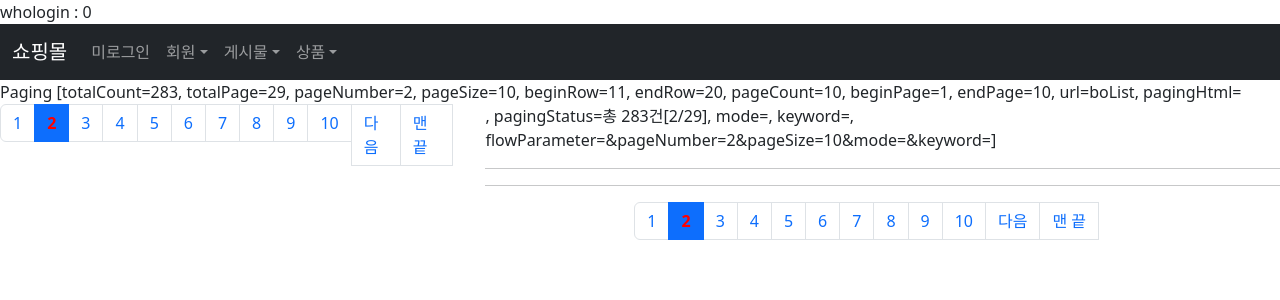
Repository: Sain-Clair/Team5
Page: http://localhost/Student/example/pageTest.jsp
An editor plug-in stored every save of this project. The page is shown before and after the next save, followed by the edit.
The browser window is 1280 px wide. The pictures show the whole page.
The page is served by Tomcat 9. Other server files are loaded and not shown.

Above is the page before, as saved 2023-09-06 03:26:40.

### Student/src/main/webapp/example/pageTest.jsp
<%@page import="com.shopping.utility.Paging"%>
<%@ page language="java" contentType="text/html; charset=UTF-8"
    pageEncoding="UTF-8"%>
<%@ include file="./../common/common.jsp"%>
<%@ include file="./../common/bootstrap5.jsp"%>
<%
	String _pageNumber = "2" ;
	String _pageSize = "10" ;
	int totalCount = 283 ;
	String url = "boList" ;
	String mode = "" ;
	String keyword = "" ;
	boolean isGrid = false ;

	Paging pageInfo = new Paging(_pageNumber, _pageSize, totalCount, url, mode, keyword, isGrid);

%>
<!DOCTYPE html>
<html>
<head>
<meta charset="UTF-8">
<title>Insert title here</title>
</head>
<body>
	<%=pageInfo.toString()%>
	<hr/>
	<hr/>
	<%=pageInfo.getPagingHtml()%>

</body>
</html>

<!--
totalCount=280, pageNumber=25, pageSize=10
pageCount=10

구해야 할 것
totalPage=28
beginRow=241
endRow=250
beginPage=21
endPage=28
-->

### Student/src/main/webapp/common/common.jsp
<%@page import="com.shopping.model.bean.Member"%>
<%@ page language="java" contentType="text/html; charset=UTF-8"
	pageEncoding="UTF-8"%>

<%
	// appName : 애플리케이션 이름(프로젝트 이름_Student)
	String appName = request.getContextPath();
	// in FrontController.java file
	String mappingName = "/Shopping";

	// form 태그에서 사용할 변수
	String withFormTag = appName + mappingName;

	// form 태그가 아닌 영역에서 사용할 변수 <a>
	String notWithFormTag = appName + mappingName +"?command=";

	/* out.print("프로젝트 이름 : " + appName + "<br/>") ;
	out.print("mappingName:" + mappingName +"<br/>");
	out.print("withFormTag:" + withFormTag +"<br/>");
	out.print("notWithFormTag:" + notWithFormTag +"<br/>"); */
%>

<%@page import="java.util.*"%>

<%-- jstl을 위한 태그 라이브러리 선언 --%>
<%@ taglib prefix="c" uri="http://java.sun.com/jsp/jstl/core" %>
<%@ taglib prefix="fn" uri="http://java.sun.com/jsp/jstl/functions" %>

<%-- include file="bootstrap5.jsp" --%>
<%
	// 이 코드들은 차후 삭제 예정
	/*Member mem = new Member() ;
	mem.setId("hong") ; // admin  hong
	mem.setName("홍길동") ; // 관리자  홍길동
	session.setAttribute("loginfo", mem);
	session.setAttribute("loginfo", null); // 미로그인

	// 경고성 Alert Box
	session.setAttribute("alertMessage", "아이디/비번 정보를 잘못 입력하셨습니다.");
	session.setAttribute("alertMessage", null);*/
%>

<!-- whologin 변수는 현재 로그인 상태를 알려 주는 변수입니다. -->
<!-- 미로그인(0) 일반 사용자(1) 관리자(2) -->
<c:set var="whologin" value="0"/>
<c:if test="${not empty sessionScope.loginfo}">
	<c:if test="${sessionScope.loginfo.id == 'admin'}">
		<c:set var="whologin" value="2"/>
	</c:if>
	<c:if test="${sessionScope.loginfo.id != 'admin'}">
		<c:set var="whologin" value="1"/>
	</c:if>
</c:if>
whologin : ${whologin}


<!DOCTYPE html>
<html>
<head>
	<meta charset="UTF-8">
	<title>Insert title here</title>
	<!-- 이 파일은 모든 문서에서 공용으로 참조할 파일입니다.  -->
	<!-- 자바 관련 변수 및 패키지 임포트, 네비게이션 바, jstl 등등 -->
	<!-- for sweet alert -->
	<script src="${pageContext.request.contextPath}/js/sweetalert.js"></script>
	<style>
		.alert-dismissible{margin: 10px;}
	</style>
</head>
<body>
	<nav class="navbar navbar-expand-sm bg-dark navbar-dark">
		<div class="container-fluid">
			<a class="navbar-brand" href="#">쇼핑몰</a>
			<button class="navbar-toggler" type="button"
				data-bs-toggle="collapse" data-bs-target="#collapsibleNavbar">
				<span class="navbar-toggler-icon"></span>
			</button>
			<div class="collapse navbar-collapse" id="collapsibleNavbar">
				<ul class="navbar-nav">
					<li class="nav-item">
						<c:if test="${whologin eq 0}">
							<a class="nav-link" href="#">미로그인</a>
						</c:if>
						<c:if test="${whologin ne 0}">
							<a class="nav-link" href="#">${sessionScope.loginfo.name}님</a>
						</c:if>
					</li>

					<!-- member section -->
					<li class="nav-item dropdown">
						<a class="nav-link dropdown-toggle" href="#" role="button"
							data-bs-toggle="dropdown">회원</a>
						<ul class="dropdown-menu">
							<c:if test="${whologin eq 0}"><!-- href 띄어쓰기 x -->
								<li><a class="dropdown-item" href="<%=notWithFormTag%>meInsert">회원 가입</a></li>
								<li><a class="dropdown-item" href="<%=notWithFormTag%>meLogin">로그인</a></li>
							</c:if>
							<c:if test="${whologin ne 0}">
								<li><a class="dropdown-item" href="#">정보 수정</a></li>
								<li><a class="dropdown-item" href="<%=notWithFormTag%>meLogout">로그아웃</a></li>
								<li><a class="dropdown-item" href="<%=notWithFormTag%>meDetail&id=${sessionScope.loginfo.id}">상세보기</a></li>
								<li><a class="dropdown-item" href="#">탈퇴하기</a></li>
							</c:if>
							<c:if test="${whologin eq 2}">
								<li><a class="dropdown-item" href="<%=notWithFormTag%>meList">목록 보기</a></li>
							</c:if>
						</ul>
					</li>

					<!-- board section -->
					<li class="nav-item dropdown">
						<a class="nav-link dropdown-toggle" href="#" role="button"
							data-bs-toggle="dropdown">게시물</a>
						<ul class="dropdown-menu">
							<c:if test="${whologin ne 0}">
								<li><a class="dropdown-item" href="<%=notWithFormTag%>boInsert">게시물 등록</a></li>
							</c:if>
							<li><a class="dropdown-item" href="<%=notWithFormTag%>boList">목록 보기</a></li>
						</ul>
					</li>
					<!-- product section -->
					<li class="nav-item dropdown">
						<a class="nav-link dropdown-toggle" href="#" role="button"
							data-bs-toggle="dropdown">상품</a>
						<ul class="dropdown-menu">
							<c:if test="${whologin eq 2}">
								<li><a class="dropdown-item" href="<%=notWithFormTag%>prInsert">상품 등록</a></li>
							</c:if>
							<li><a class="dropdown-item" href="<%=notWithFormTag%>prList">목록 보기</a></li>
						</ul>
					</li>

				</ul>
			</div>
		</div>
	</nav>

	<c:if test="${not empty sessionScope.alertMessage}">
		<%-- 사용자에게 주의/경고/오류 등을 알려 주기 위한 Alert Box --%>
		<div class="alert alert-danger alert-dismissible">
	    	<button type="button" class="btn-close" data-bs-dismiss="alert"></button>
	    	<strong>😂😒😂😒😂😒😂😒😂😒😂😒😂😒😂😒😂😒</strong> ${sessionScope.alertMessage}
	  	</div>
	</c:if>
	<%-- 보여준 Alert Box를 session 영역에서 제거합니다. --%>
	<c:remove var="alertMessage" scope="session"/>
</body>
</html>

### Student/src/main/webapp/common/bootstrap5.jsp
<%@ page language="java" contentType="text/html; charset=UTF-8"
    pageEncoding="UTF-8"%>
<!DOCTYPE html>
<html>
<head>
	<meta charset="UTF-8">
	<meta name="viewport" content="width=device-width, initial-scale=1">
	<title>Insert title here</title>
	<!-- 이 파일은 부트 스트랩5를 사용하기 위한 공용 파일입니다. -->
	<!-- 부트 스트랩이 제이 쿼리를 참조하므로 반드시 jquery.js 선언이 먼저 되어야 합니다. -->
	<script type="text/javascript" src="${pageContext.request.contextPath}/js/jquery.js"></script>
	<script type="text/javascript" src="${pageContext.request.contextPath}/js/bootstrap.min.js"></script>
	<link rel="stylesheet" href="${pageContext.request.contextPath}/css/bootstrap.min.css">

	<link rel="stylesheet" href="${pageContext.request.contextPath}/css/jquery-ui.css">
  	<script type="text/javascript" src="${pageContext.request.contextPath}/js/jquery-ui.js"></script>
</head>
<body>

</body>
</html>

### Student/src/main/java/com/shopping/utility/Paging.java
package com.shopping.utility;

public class Paging {
	// 페이징을 위한 클래스
	private int totalCount = 0; // 테이블에 들어 있는 총 행의 개수
	private int totalPage = 0; // 전체 페이지 수

	private int pageNumber = 0; // 현재 페이지 번호
	private int pageSize = 0; // 한 페이지에 보여줄 행의 개수
	private int beginRow = 0; // 현재 페이지에 보여지는 시작 랭킹 번호
	private int endRow = 0; // 현재 페이지에 보여지는 끝 랭킹 번호

	private int pageCount = 10; // 하단 중간에 보이는 페이지 링크 개수
	private int beginPage = 0; // 페이지 링크 시작 번호
	private int endPage = 0; // 페이지 링크 끝 번호

	private String url = ""; // 게시물 보여 주는 페이지(예시 : boList)
	private String pagingHtml = ""; // 하단의 이전/다음/숫자 목록 페이지 하이퍼 링크를 저장하고 있는 문자열
	private String pagingStatus = ""; // 상단 우측의 현재 페이지 현황(예시 : 총 295건[12/30])

	private String mode = ""; // 검색 모드(예시 : 작성자, 글제목 등등)
	private String keyword = ""; // 검색할 단어

	private String flowParameter = ""; // 페이지 이동시 같이 수반되는 파라미터 리스트

	public Paging(String _pageNumber, String _pageSize, int totalCount, String url, String mode, String keyword,
			boolean isGrid) {
		// _pageNumber가 널이거나 문자열 널값이 넘어오거나 빈 문자열이 넘어오면~ _pageNumber.equals("")
		if (_pageNumber == null || _pageNumber.equals("null") || _pageNumber.strip().isEmpty()) {
			_pageNumber = "1";
		}
		this.pageNumber = Integer.parseInt(_pageNumber);

		// isGrid=true이면 상품 목록 보기, false이면 일반 형식(회원, 게시물 목록 등등)
		if (_pageSize == null || _pageSize.equals("null") || _pageSize.equals("")) {
			if (isGrid) {
				_pageSize = "6"; // 2행 3열의 격자 구조
			} else {
				_pageSize = "10";
			}
		}
		this.pageSize = Integer.parseInt(_pageSize);

		this.totalCount = totalCount;
		this.url = url;
		this.mode = mode;
		this.keyword = keyword;

		double _totalPage = Math.ceil((double) totalCount / pageSize);
		totalPage = (int) _totalPage;

		beginRow = (pageNumber - 1) * pageSize + 1;
		endRow = pageNumber * pageSize;
		beginPage = (pageNumber - 1) / pageCount * pageCount + 1;

		if (endRow > totalCount) {
			endRow = totalCount;
		}

		endPage = beginPage + pageCount - 1;

		if (endPage > totalPage) {
			endPage = totalPage;
		}
		this.pagingStatus = "총 " + totalCount + "건[" + pageNumber + "/" + totalPage + "]";

		this.flowParameter = "";
		this.flowParameter += "&pageNumber=" + pageNumber;
		this.flowParameter += "&pageSize=" + pageSize;
		this.flowParameter += "&mode=" + mode;
		this.flowParameter += "&keyword=" + keyword;

		this.pagingHtml = this.getMakePagingHtml();
	}

	/*
	 * <ul class="pagination"> <li class="page-item"><a class="page-link"
	 * href="#">Previous</a></li> <li class="page-item"><a class="page-link"
	 * href="#">1</a></li> <li class="page-item"><a class="page-link"
	 * href="#">2</a></li> <li class="page-item"><a class="page-link"
	 * href="#">3</a></li> <li class="page-item"><a class="page-link"
	 * href="#">Next</a></li> </ul>
	 */

	private String getMakePagingHtml() {
		String html = "";

		html += "<ul class=\"pagination justify-content-center\">";
		if (pageNumber <= pageCount) {
			/* '맨 처음'과 '이전' 항목이 존재하지 않는 경우 */
		} else {
			html += makeLiTag("맨처음", 1);
			html += makeLiTag("이전", beginPage - 1);
		}

		for (int i = beginPage; i <= endPage; i++) {
			if (i == pageNumber) {
				// active 속성으로 활성화시키고, 빨간색으로 진하게 표현하기
				html += "<li class=\"page-item active\">";
				html += "<a class=\"page-link\" href=\"#\">";
				html += "<b><font color ='red'>" + i + "</font></b>";
				html += "</a></li>";
			} else {
				html += makeLiTag(String.valueOf(i), i);
			}

		}
		if (pageNumber >= (totalPage / pageCount * pageCount + 1)) {
			/* '맨 끝'과 '다음' 항목이 존재하지 않는 경우 */
		}else {
			html += makeLiTag("다음", endPage + 1);
			html += makeLiTag("맨 끝", totalPage);
		}

		html += "<ul>";

		return html;
	}

	private String makeLiTag(String caption, int currPageNumber) {
		// String caption: 보여지는 문자열(이전, 다음 등등)
		// currPageNumber: 이동할 페이지 번호
		String result = "";
		result += "<li class='page-item'>";
		result += "<a class='page-link' href='";
		result += this.url;
		result += "&pageNumber=" + currPageNumber;
		result += "&pageSize=" + this.pageSize;
		result += "&mode=" + this.mode;
		result += "&keyword=" + this.keyword;
		result += "'>";
		result += caption;
		result += "</a></li>";

		return result;
	}

	public int getTotalCount() {
		return totalCount;
	}

	public void setTotalCount(int totalCount) {
		this.totalCount = totalCount;
	}

	public int getTotalPage() {
		return totalPage;
	}

	public void setTotalPage(int totalPage) {
		this.totalPage = totalPage;
	}

	public int getPageNumber() {
		return pageNumber;
	}

	public void setPageNumber(int pageNumber) {
		this.pageNumber = pageNumber;
	}

	public int getPageSize() {
		return pageSize;
	}

	public void setPageSize(int pageSize) {
		this.pageSize = pageSize;
	}

	public int getBeginRow() {
		return beginRow;
	}

	public void setBeginRow(int beginRow) {
		this.beginRow = beginRow;
	}

	public int getEndRow() {
		return endRow;
	}

	public void setEndRow(int endRow) {
		this.endRow = endRow;
	}

	public int getPageCount() {
		return pageCount;
	}

	public void setPageCount(int pageCount) {
		this.pageCount = pageCount;
	}

	public int getBeginPage() {
		return beginPage;
	}

	public void setBeginPage(int beginPage) {
		this.beginPage = beginPage;
	}

	public int getEndPage() {
		return endPage;
	}

	public void setEndPage(int endPage) {
		this.endPage = endPage;
	}

	public String getUrl() {
		return url;
	}

	public void setUrl(String url) {
		this.url = url;
	}

	public String getPagingHtml() {
		return pagingHtml;
	}

	public void setPagingHtml(String pagingHtml) {
		this.pagingHtml = pagingHtml;
	}

	public String getPagingStatus() {
		return pagingStatus;
	}

	public void setPagingStatus(String pagingStatus) {
		this.pagingStatus = pagingStatus;
	}

	public String getMode() {
		return mode;
	}

	public void setMode(String mode) {
		this.mode = mode;
	}

	public String getKeyword() {
		return keyword;
	}

	public void setKeyword(String keyword) {
		this.keyword = keyword;
	}

	public String getFlowParameter() {
		return flowParameter;
	}

	public void setFlowParameter(String flowParameter) {
		this.flowParameter = flowParameter;
	}

	@Override
	public String toString() {
		return "Paging [totalCount=" + totalCount + ", totalPage=" + totalPage + ", pageNumber=" + pageNumber
				+ ", pageSize=" + pageSize + ", beginRow=" + beginRow + ", endRow=" + endRow + ", pageCount="
				+ pageCount + ", beginPage=" + beginPage + ", endPage=" + endPage + ", url=" + url + ", pagingHtml="
				+ pagingHtml + ", pagingStatus=" + pagingStatus + ", mode=" + mode + ", keyword=" + keyword
				+ ", flowParameter=" + flowParameter + "]";
	}

}

Loaded but not shown: Student/src/main/webapp/js/sweetalert.js (library); Student/src/main/webapp/js/jquery.js (library); Student/src/main/webapp/js/bootstrap.min.js (library); Student/src/main/webapp/css/bootstrap.min.css (library); Student/src/main/webapp/css/jquery-ui.css (library); Student/src/main/webapp/js/jquery-ui.js (library)

After the next save:
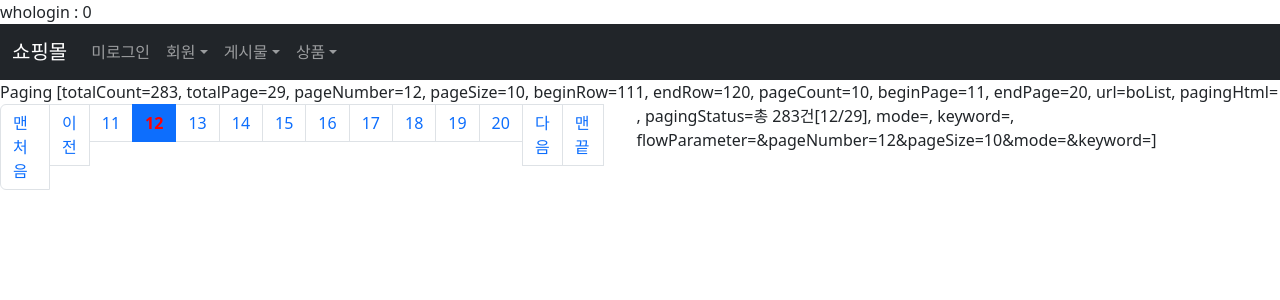
Saved 12 s later.
--- a/Student/src/main/webapp/example/pageTest.jsp
+++ b/Student/src/main/webapp/example/pageTest.jsp
@@ -1,10 +1,10 @@
 <%@page import="com.shopping.utility.Paging"%>
 <%@ page language="java" contentType="text/html; charset=UTF-8"
     pageEncoding="UTF-8"%>
-<%@ include file="./../common/common.jsp"%>
-<%@ include file="./../common/bootstrap5.jsp"%>
+<%@ include file="./../common/bootstrap5.jsp" %>
+<%@ include file="./../common/common.jsp" %>
 <%
-	String _pageNumber = "2" ;
+	String _pageNumber = "12" ;
 	String _pageSize = "10" ;
 	int totalCount = 283 ;
 	String url = "boList" ;
@@ -13,7 +13,6 @@
 	boolean isGrid = false ;
 
 	Paging pageInfo = new Paging(_pageNumber, _pageSize, totalCount, url, mode, keyword, isGrid);
-
 %>
 <!DOCTYPE html>
 <html>
@@ -23,21 +22,5 @@
 </head>
 <body>
 	<%=pageInfo.toString()%>
-	<hr/>
-	<hr/>
-	<%=pageInfo.getPagingHtml()%>
-
 </body>
 </html>
-
-<!--
-totalCount=280, pageNumber=25, pageSize=10
-pageCount=10
-
-구해야 할 것
-totalPage=28
-beginRow=241
-endRow=250
-beginPage=21
-endPage=28
--->
